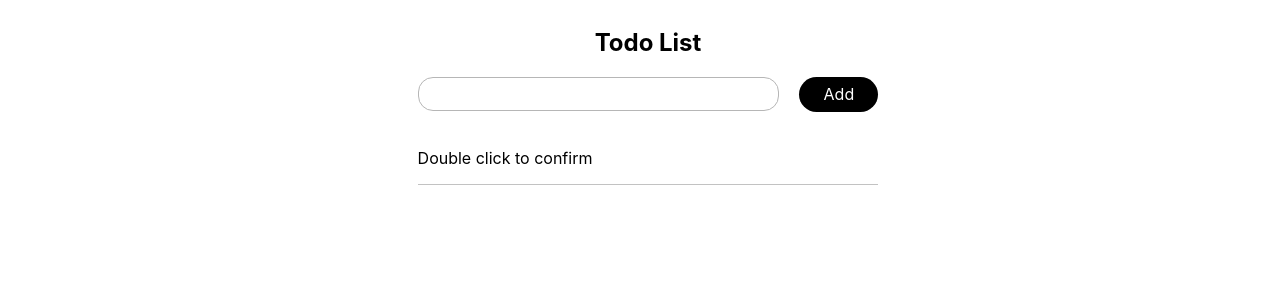
Repository: irenewuu/comp4130_checklist
Page: index.html
The author's editor kept a copy of each file at every save. The page is drawn from the files as they stood at one save, then again after the next save.
The browser window is 1280 px wide. The page is 1288 px wide, so the pictures cover 1288 px, including what lies to the right of the window. The pictures show the whole page.

Above is the page before, as saved 2022-01-12 15:56:38.

### index.html
<!DOCTYPE html>
<html lang="en">
  <head>
    <meta charset="UTF-8">
    <meta name="viewport" content="width=device-width, initial-scale=1.0">
    <link rel="stylesheet" href="style.css">
    <script src="index.js"></script>
    <title>Comp4130_Checklist</title>
  </head>
  <body>
    <div class="main">
      <!-- title area -->
      <div class="title">
      <h2>Todo List</h2>
      </div>
      <!-- input area -->
      <form class="input">
        <input type="text" class="text" id="myInput" onkeyup="13" >
        <span class="btn" onclick="newElement()">Add</span>
      </form>
      <!-- homework checklist -->
      <div class="sortbox">
        <!-- <h4>Sort</h4>
        <img src="image/Iconly/Bold/sort.svg"> -->
        <p>Double click to confirm</p>
      </div>
      <ul id="NewList">

      </ul>
    </div>
  </body>
</html>

### style.css
body {
  width: 100%;
  height: 100%;
  display: flex;
  flex-direction: column;
  justify-content: center;
  align-items: center;
}

.main {
  width: 60%;
  height: 50%;
  display: flex;
  flex-direction: column;
  justify-content: center;
  align-items: center;
  font-family: -apple-system, BlinkMacSystemFont, "Segoe UI", Roboto;
}
form > span {
  width: 60%;
  display: flex;
  justify-content: center;
  background: #000000;
  color: #fff;
  justify-content: center;
  align-items: center;
}
.input {
  width: 60%;
  display: flex;
  justify-content: center;
}
.text {
  width: 90%;
  height: 30px;
  border-radius: 15px;
  border: 1px solid rgb(182, 182, 182);
}
.btn {
  width: 20%;
  height: 35px;
  border-radius: 20px;
  margin-left: 20px;
}
.sortbox {
  width: 60%;
  display: flex;
  flex-direction: row;
  border-bottom: 1px solid #c2c2c2;
  margin-top: 20px;
}
.sortbox > img {
  margin: 10px;
}
ul {
  width: 60%;
  justify-content: center;
  margin: 0;
  padding: 0;
}
/* Style the list items */
ul li {
  cursor: pointer;
  position: relative;
  padding: 12px 8px 12px 40px;
  list-style-type: none;
  border-bottom: 1px solid #c2c2c2;
  font-size: 18px;
  transition: 0.2s;

  /* make the list items unselectable */
  -webkit-user-select: none;
  -moz-user-select: none;
  -ms-user-select: none;
  user-select: none;
}

ul li span {
  position: relative;
  right: 10px;
}

/* hover */
ul li:hover {
  background: #ddd;
}

/* When clicked on, add a background color and strike out text */
ul li.checked {
  background: #888;
  color: #fff;
  text-decoration: line-through;
}
/* Add a "checked" mark when clicked on */
ul li.checked::before {
  content: "";
  position: absolute;
  border-color: #fff;
  border-style: solid;
  border-width: 0 2px 2px 0;
  top: 10px;
  left: 16px;
  transform: rotate(45deg);
  height: 15px;
  width: 7px;
}
/* Style the close button */
.close {
  position: absolute;
  right: 0;
  top: 0;
  padding: 12px 16px 12px 16px;
}

.close:hover {
  background-color: #fe5252;
}

@media only screen and (max-width: 600px) {
  /* .input {
    width: 60%;
    display: flex;
    justify-content: center;
  }
  .text {
    width: 65%;
    height: 20px;
  }*/
  .btn {
    width: 30%;
    height: 26px;
  }
}

### index.js
let data = [];

// // Create a "close" button and append it to each list item
var listItem = document.getElementsByTagName("li");

// Create a new list item when clicking on the "Add" button
function newElement() {
  console.log(data)
  var li = document.createElement("li");
  // li.className = "unchecked";
  var inputValue = document.getElementById("myInput").value;

  //putting input value in list
  var spanText = document.createTextNode(inputValue);
  var span = document.createElement("span");
  span.appendChild(spanText);
  li.appendChild(span);


  // delete img
  var bin = document.createElement("img");
  bin.src = "image/iconly/bold/delete.svg";
  bin.className = "close";
  li.appendChild(bin);

  if (inputValue === '') {
    alert("You must write something!");
    data.push()
  } else {
    document.getElementById("NewList").appendChild(li);
  }

  document.getElementById("myInput").value = "";

  // Click on a close button to hide the current list item
  // push object in array
  data.push({ value: inputValue })
  console.log(data)

  // Add a "checked" symbol when clicking on a list item
  // var list = document.querySelector('ul');
  // list.addEventListener('click', function(ev) {
  //   if (ev.target.tagName === 'LI') {
  //     // ev.target.tagName.className = "checked";
  //     ev.target.classList.toggle('checked');
  //   }
  // }, false);

  var close = document.getElementsByClassName("close");

    for (var i = 0; i < close.length; i++) {
      close[i].onclick = function () {

        data.splice(data[i], 1);
        console.log(data)

        // delete the item onclick
        var div = this.parentElement;
        div.remove(0,-1);
      }
    }


    for (var i = 0; i < listItem.length; i++) {
      listItem[i].onclick = function () {
       // Add a "checked" symbol when clicking on a list item
        var list = document.querySelector('ul');
        list.addEventListener('click', function(ev) {
        if (ev.target.tagName === 'LI') {
          ev.target.classList.toggle('checked');

        }

  }, false);
      }
    }
}

After the next save:
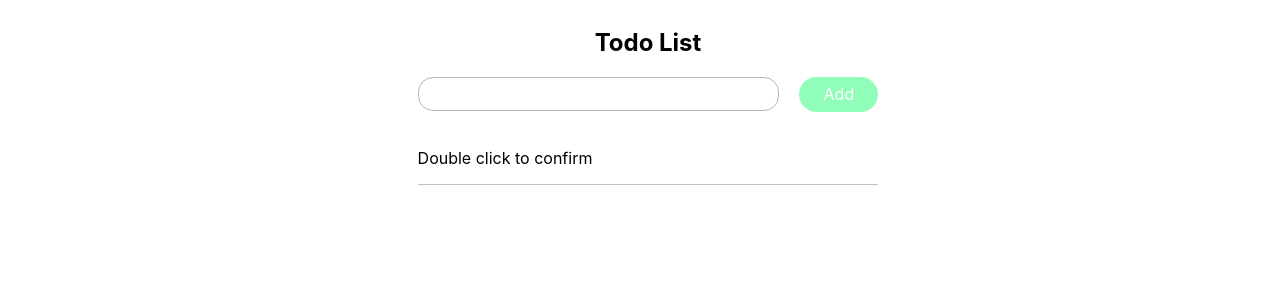
Saved 93 s later.
--- a/style.css
+++ b/style.css
@@ -20,7 +20,7 @@ form > span {
   width: 60%;
   display: flex;
   justify-content: center;
-  background: #000000;
+  background: #90feb8;
   color: #fff;
   justify-content: center;
   align-items: center;
